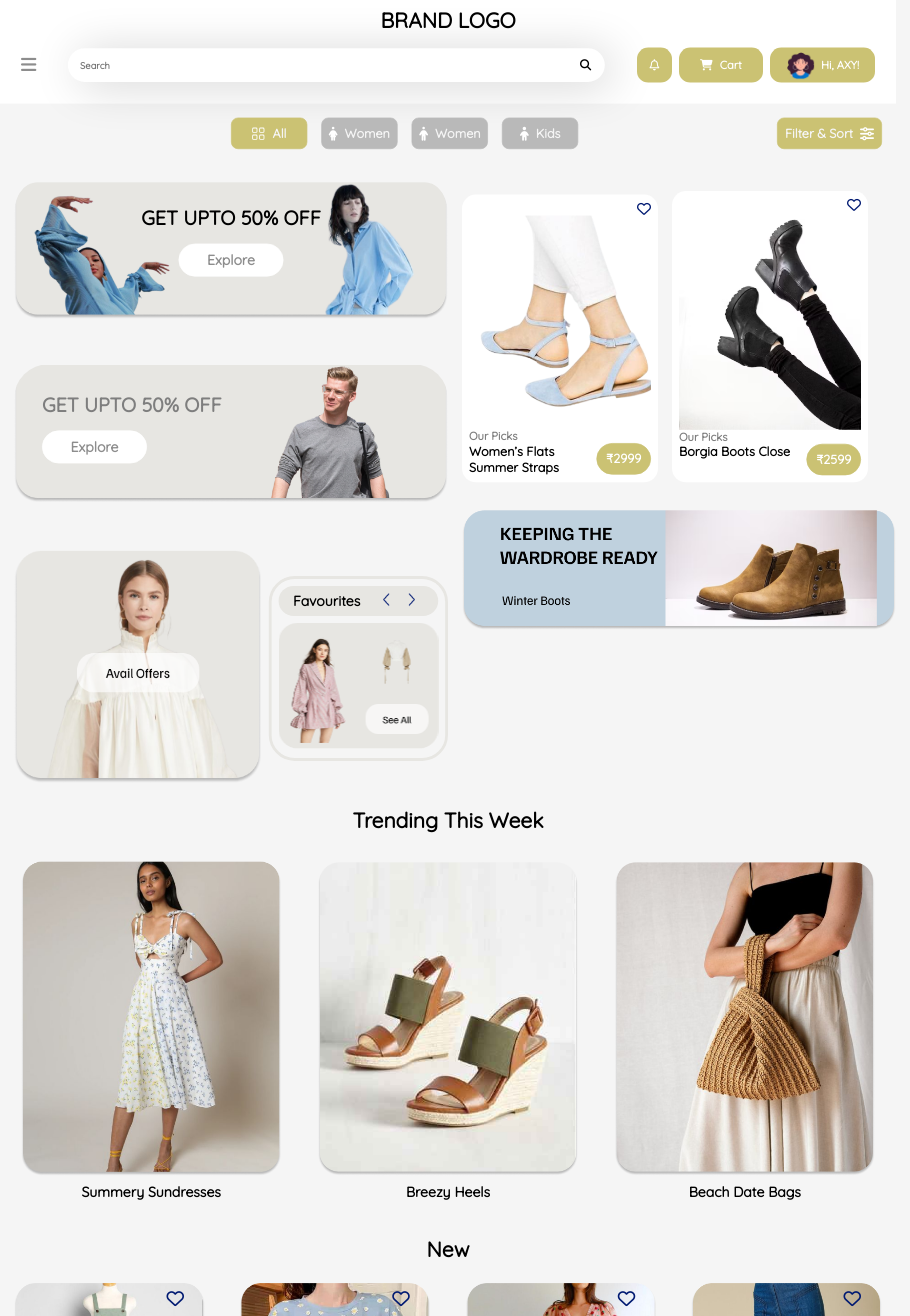
Repository: FlyweisReact/Jaspal
Page: /homepage
The author's editor kept a copy of each file at every save. The page is drawn from the files as they stood at one save, then again after the next save.
The browser window is 1280 px wide. The page is 1300 px wide, so the pictures cover 1300 px, including what lies to the right of the window. The pictures show the part of the page from y = 0 to 1880 px (the page is 2569 px tall), at 70% of full size.
Some web libraries are served in a nearby version. The project was rebuilt for these pictures with package versions that can differ from the ones it lists, and the page was loaded fresh each time. Also part of the build but not shown: src/Pages/Login/Login.js.

Above is the page before, as saved 2023-08-19 12:33:04.

### public/index.html
<!-- @format -->

<!DOCTYPE html>
<html lang="en">
  <head>
    <meta charset="utf-8" />
    <link rel="icon" href="%PUBLIC_URL%/favicon.ico" />
    <meta name="viewport" content="width=device-width, initial-scale=1" />
    <meta name="theme-color" content="#000000" />
    <meta
      name="description"
      content="Web site created using create-react-app"
    />
    <link rel="apple-touch-icon" href="%PUBLIC_URL%/logo192.png" />
    <link rel="manifest" href="%PUBLIC_URL%/manifest.json" />
    <link rel="preconnect" href="https://fonts.googleapis.com">
    <link rel="preconnect" href="https://fonts.gstatic.com" crossorigin>
    <link href="https://fonts.googleapis.com/css2?family=Quicksand&display=swap" rel="stylesheet">
    <title>React App</title>
  </head>
  <body>
    <noscript>You need to enable JavaScript to run this app.</noscript>
    <div id="root"></div>
    <script src="https://kit.fontawesome.com/b533b351e4.js" crossorigin="anonymous"></script>
  </body>
</html>

### src/index.js
import React from 'react';
import ReactDOM from 'react-dom/client';
import './index.css';
import App from './App';
import "slick-carousel/slick/slick.css";
import "slick-carousel/slick/slick-theme.css";

const root = ReactDOM.createRoot(document.getElementById('root'));
root.render(
  <React.StrictMode>
    <App />
  </React.StrictMode>
);

### src/index.css
/** @format */

body {
  margin: 0;
  font-family: Quicksand !important;
  -webkit-font-smoothing: antialiased;
  -moz-osx-font-smoothing: grayscale;
  background-color: #F5F5F5;
}

code {
  font-family: Quicksand !important;
}

html {
  font-family: Quicksand !important;
}

### src/App.js
/** @format */

import React from "react";
import { BrowserRouter, Route, Routes } from "react-router-dom";
import Login from "./Pages/Login/Login";
import Homepage from "./Pages/Homepage/Homepage";
import Footer from "./Navbar/Footer";
import Navbar from "./Navbar/Navbar";


// CSS
import "./CSS/Normal.css";
import "./CSS/Navbar.css";
import './CSS/Footer.css'
import Copyright from "./Component/copyright/Copyright";
const App = () => {
  return (
    <>
      <BrowserRouter>
        <Navbar />
        <Routes>
          <Route path="/" element={<Login />} />
          <Route path="/homepage" element={<Homepage />} />
        </Routes>
        <Footer />
        <Copyright />
      </BrowserRouter>
    </>
  );
};

export default App;

### src/Pages/Homepage/Homepage.js
/** @format */

import React from "react";
import Filter from "../../Component/Homecomp/Filter";
import FullWidthProduct from "../../Component/Homecomp/FullWidthProduct";
import OfferProduct from "../../Component/Homecomp/OfferProduct";
import TrendingProduct from "../../Component/Homecomp/TrendingProduct";

const Homepage = () => {
  return (
    <div className="Home-Page">
      <Filter />
      <OfferProduct />
      <p className="Heading-all">Trending This Week</p>
      <TrendingProduct />
      <p className="Heading-all">New</p>
      <FullWidthProduct />
    </div>
  );
};

export default Homepage;

### src/Navbar/Footer.js
/** @format */

import React from "react";

const Footer = () => {
  return (
    <div className="Footer-Div">
      <div className="container">
        <ul className="four-cont">
          <ul>
            <li className="head">Customer Service</li>
            <li>Contact Us</li>
            <li>FAQs</li>
            <li>Orders and Delivery</li>
            <li>Payments</li>
            <li>Terms and Conditions</li>
          </ul>
          <ul>
            <li className="head">Career</li>
            <li>Work with Us</li>
            <li>From our Workers</li>
          </ul>
          <ul>
            <li className="head">Our Stores</li>
            <li>Find the Nearest Store</li>
            <li>Visit Virtual Store</li>
            <li>Contact Stores</li>
          </ul>
          <ul>
            <li className="head">Customer Memberships</li>
            <li>Become a Member</li>
            <li>Refer your Friend</li>
            <li>Student Discounts</li>
          </ul>
        </ul>

        <div className="social-links">
          <img src="/Image/20.png" alt="" />
          <img src="/Image/21.png" alt="" />
          <img src="/Image/22.png" alt="" />
          <img src="/Image/23.png" alt="" />
        </div>
      </div>
    </div>
  );
};

export default Footer;

### src/Navbar/Navbar.js
/** @format */

import React from "react";

const Navbar = () => {
  return (
    <div className="Navbar">
      <div className="logo">BRAND LOGO</div>

      <div className="container">
        <i className="fa-solid fa-bars"></i>

        <div className="search-bar">
          <input type="search" placeholder="Search" />
          <i className="fa-solid fa-magnifying-glass"></i>
        </div>

       <div className="Right-Container">
       <div className="Item Item1">
          <i class="fa-regular fa-bell"></i>
        </div>

        <div className="Item Item2">
          <i className="fa-solid fa-cart-shopping"></i>
          <p>Cart</p>
        </div>

        <div className="Item Item3">
        <img src='/Image/3.png' alt='' />
          <p>Hi, AXY!</p>
        </div>

       </div>
      </div>
    </div>
  );
};

export default Navbar;

### src/CSS/Normal.css
/**
 * Login Page
 *
 * @format
 */

.Login-Page {
  min-height: 100vh;
  background-image: url("../../public/Image/1.png");
  width: 100%;
  background-position: center;
  background-repeat: no-repeat;
  background-size: cover;
  position: relative;
}
.Login-Page .Login-Div {
  max-width: 600px;
  width: 100%;
  display: block;
  margin: auto;
  position: absolute;
  top: 50%;
  left: 50%;
  transform: translate(-50%, -50%);
}
.Login-Page .Login-Div .logo {
  color: #000;
  font-size: 30px;
  font-style: normal;
  font-weight: 700;
  line-height: normal;
  margin: 0;
  text-align: center;
  margin-bottom: 10px;
}

.Login-Page .Login-Div .container {
  border-radius: 16px;
  background: #fff;
  padding: 16px;
}
.Login-Page .Login-Div .container .head {
  color: #000;
  font-size: 25px;
  font-style: normal;
  font-weight: 700;
  text-align: center;
  line-height: normal;
}
.Login-Page .Login-Div .container input {
  max-width: 400px;
  width: 100%;
  display: block;
  margin: auto;
  padding: 10px;
  border-radius: 8px;
  border: 1px solid #b9b9b9;
  outline: none;
  font-size: 16px;
  font-family: Quicksand;
  background: #fff;
  box-shadow: 8px 4px 20px 0px rgba(0, 0, 0, 0.3);
  margin-top: 20px;
}

.Login-Page .Login-Div .container .forget-password {
  max-width: 400px;
  width: 100%;
  text-align: right;
  display: block;
  margin: auto;
  margin-top: 10px;
  color: #f00;
  font-weight: 600;
  cursor: pointer;
}

.Login-Page .Login-Div .container .login-button {
  max-width: 400px;
  width: 100%;
  border-radius: 8px;
  border: 1px solid #b9b9b9;
  background: #cbc273;
  padding: 10px;
  display: block;
  margin: auto;
  margin-top: 40px;
  font-family: Quicksand;
  color: #f5f5f5;
  font-size: 20px;
  font-weight: bold;
  cursor: pointer;
  box-shadow: 8px 4px 20px 0px rgba(0, 0, 0, 0.3);
}
.Login-Page .Login-Div .container .signup-button {
  max-width: 400px;
  width: 100%;
  border-radius: 8px;
  padding: 10px;
  display: block;
  margin: auto;
  margin-top: 10px;
  font-family: Quicksand;
  color: #cbc273;
  font-size: 20px;
  font-weight: bold;
  cursor: pointer;
  border: none;
  background-color: transparent;
}

.Login-Page .Login-Div .container .three-img {
  display: flex;
  justify-content: center;
  align-items: center;
  gap: 20px;
  margin-bottom: 40px;
}

.Filter-Category {
  display: flex;
  justify-content: space-between;
  align-items: center;
  padding: 20px;
  max-width: 1400px;
  margin: auto;
}
.Filter-Category .center {
  width: 40%;
  display: flex;
  justify-content: flex-end;
  gap: 20px;
}
.Filter-Category .center button {
  display: flex;
  width: 120px;
  justify-content: center;
  align-items: center;
  gap: 10px;
  border: 1px solid #b9b9b9;
  border-radius: 10px;
  background: #b9b9b9;
  gap: 10px;
  padding: 10px;
  color: #fff;
  cursor: pointer;
}
.Filter-Category .center button.active {
  background-color: #cbc273;
  border: 1px solid #cbc273;
}
.Filter-Category .center button img {
  width: 20px;
  height: 20px;
}
.Filter-Category .center button svg {
  font-size: 20px;
}
.Filter-Category .center button i {
  font-size: 20px;
}
.Filter-Category .center button span {
  color: #f5f5f5;
  text-align: center;
  font-family: Quicksand;
  font-size: 18px;
  font-style: normal;
  font-weight: 600;
  line-height: normal;
}

.Filter-Category .right {
  width: 10%;
  display: flex;
  justify-content: flex-end;
  gap: 20px;
}
.Filter-Category .right button {
  display: flex;
  min-width: 150px;
  max-width: 180px;

  justify-content: center;
  align-items: center;
  gap: 10px;
  border-radius: 10px;
  gap: 10px;
  padding: 10px;
  color: #fff;
  cursor: pointer;
  background-color: #cbc273;
  border: 1px solid #cbc273;
}

.Filter-Category .right button i {
  font-size: 20px;
}
.Filter-Category .right button span {
  color: #f5f5f5;
  text-align: center;
  font-family: Quicksand;
  font-size: 18px;
  font-style: normal;
  font-weight: 600;
  line-height: normal;
}

.offer-products {
  display: flex;
  justify-content: space-between;
  padding: 20px;
  max-width: 1400px;
  margin: auto;
}
.offer-products .left-container {
  width: 50%;
}
.offer-products .left-container .img-container {
  width: 100%;
  height: 267px;
  background-image: url("../../public/Image/4.png");
  background-size: contain;
  background-repeat: no-repeat;
  border-radius: 50px;
}
.offer-products .left-container .img-container h5 {
  color: #000;
  text-align: center;
  font-family: Quicksand;
  font-size: 28px;
  font-style: normal;
  font-weight: bold;
  line-height: normal;
  margin: 0;
  padding-top: 40px;
  margin-bottom: 20px;
}
.offer-products .left-container .img-container button {
  width: 150px;
  padding: 10px;
  color: #8d8d8d;
  text-align: center;
  font-family: Quicksand;
  font-size: 20px;
  font-style: normal;
  font-weight: 600;
  line-height: normal;
  background-color: #fff;
  border: 1px solid #fff;
  border-radius: 50px;
  display: block;
  margin: auto;
}

.offer-products .left-container .img-container-2 {
  background-image: url("../../public/Image/5.png");
}

.offer-products .left-container .img-container-2 h5 {
  text-align: left;
  color: #7e7e7e;
  padding-left: 40px;
}
.offer-products .left-container .img-container-2 button {
  margin-left: 40px;
}

.offer-products .left-container .two-sec {
  display: flex;
  justify-content: space-between;
  align-items: center;
  gap: 10px;
}
.offer-products .left-container .two-sec .left {
  max-width: 365px;
}
.offer-products .left-container .two-sec .left img {
  max-width: 100%;
}
.offer-products .left-container .two-sec .right {
  border-radius: 37px;
  border: 4px solid #e7e6e2;
  background: rgba(217, 217, 217, 0);
  width: 40%;
}

.Favorite-slider {
  padding: 10px;
}
.Favorite-slider .Prev-Next_cont {
  width: 100%;
  margin-bottom: 10px;
  display: flex;
  background-color: #e7e6e2;
  border-radius: 50px;
  justify-content: space-evenly;
  align-items: center;
}
.Favorite-slider .Prev-Next_cont span {
  color: #000;
  text-align: center;
  font-size: 20px;
  font-style: normal;
  font-weight: 800;
  line-height: normal;
}
.Favorite-slider .Prev-Next_cont img {
  cursor: pointer;
}
.Fav-Slide {
  width: 100%;
}
.Fav-Slide .Main {
  width: 100%;
}
.Fav-Slide .Main img {
  width: 100%;
}
.Fav-Slide .slick-arrow {
  display: none !important;
}

.offer-products .right-container {
  width: 50%;
}

.offer-products .right-container .product-container {
  display: flex;
  justify-content: space-between;
  gap: 20px;
  align-items: flex-end;
  padding: 20px;
}
.offer-products .right-container .product-container .Main {
  background-color: #fff;
  width: 45%;
  padding: 10px;
  border-radius: 20px;
}
.offer-products .right-container .product-container .Main .fa-heart {
  display: flex;
  justify-content: flex-end;
  font-size: 20px;
  color: #001a72;
}
.offer-products .right-container .product-container .Main img {
  max-width: 100%;
  display: block;
  margin: auto;
}
.offer-products .right-container .product-container .Main .pick {
  color: #7e7e7e;
  font-size: 16px;
  font-style: normal;
  font-weight: 600;
  line-height: normal;
  margin: 0;
}
.offer-products .right-container .product-container .Main .desc {
  display: flex;
  justify-content: space-between;
  align-items: flex-start;
  gap: 10px;
}
.offer-products .right-container .product-container .Main .desc span {
  color: #000;
  font-size: 18px;
  font-style: normal;
  font-weight: 600;
  line-height: normal;
  max-width: 70%;
}
.offer-products .right-container .product-container .Main .desc button {
  max-width: 30%;
  width: 120px;
  border: 1px solid #cbc273;
  background-color: #cbc273;
  border-radius: 50px;
  color: #fff;
  text-align: center;
  font-size: 18px;
  padding: 10px;
  cursor: pointer;
  font-style: normal;
  font-weight: 600;
  font-family: Quicksand;
  line-height: normal;
}

.offer-products .right-container .img-container {
  width: 100%;
  padding: 20px;
}
.offer-products .right-container .img-container img {
  max-width: 100%;
  display: block;
  margin: auto;
}

.Heading-all {
  color: #000;
  text-align: center;
  font-size: 30px;
  font-style: normal;
  font-weight: 700;
  line-height: normal;
  margin: 0;
  padding: 10px;
}

.Trending-Product {
  padding: 20px;
  max-width: 1400px;
  margin: auto;
  display: flex;
  justify-content: space-between;
  align-items: center;
  flex-wrap: wrap;
}
.Trending-Product .Main {
  width: 30%;
  padding: 10px;
}
.Trending-Product .Main img {
  max-width: 100%;
  display: block;
  margin: auto;
}
.Trending-Product .Main p {
  color: #000;
  font-family: Inter;
  font-size: 20px;
  font-style: normal;
  font-weight: 700;
  padding: 10px;
  line-height: normal;
  text-align: center;
  font-family: Quicksand;
  margin: 0;
}

.full-width-product {
  padding: 20px;
  display: flex;
  max-width: 1400px;
  margin: auto;
  flex-wrap: wrap;
  align-items: center;
  gap: 20px;
  justify-content: space-between;
}
.full-width-product .Main {
  width: 22%;
}
.full-width-product .Main .img-container {
  width: 100%;
  position: relative;
}
.full-width-product .Main .img-container img {
  max-width: 100%;
  display: block;
  margin: auto;
}
.full-width-product .Main .img-container .fa-heart {
  position: absolute;
  top: 10px;
  right: 30px;
  font-size: 25px;
  color: #001a72;
  z-index: 2;
  cursor: pointer;
}

.full-width-product .Main .product-desc {
  padding: 10px;
}
.full-width-product .Main .product-desc p {
  margin: 0;
  text-align: center;
  max-width: 100%;
}
.full-width-product .Main .product-desc .light {
  color: #7e7e7e;
  font-size: 14px;
  font-style: normal;
  font-weight: 700;
  line-height: normal;
}
.full-width-product .Main .product-desc .title {
  color: #000;
  font-size: 18px;
  font-style: normal;
  font-weight: 700;
  line-height: normal;
}

### src/CSS/Navbar.css
/** @format */

.Navbar {
  padding: 10px;
  background-color: #fff;
}
.Navbar .logo {
  color: #000;
  font-size: 30px;
  font-style: normal;
  font-weight: 700;
  line-height: normal;
  text-align: center;
  max-width: 1400px;
  margin: auto;
}
.Navbar .container {
  display: flex;
  justify-content: space-between;
  padding: 20px;
  max-width: 1400px;
  margin: auto;
  align-items: center;
}
.Navbar .container .fa-bars {
  font-size: 25px;
  cursor: pointer;
  color: #8d8d8d;
  font-weight: bold;
}

.Navbar .container .search-bar {
  display: flex;
  width: 60%;
  border-radius: 24px;
  background: #fff;
  box-shadow: 12px 5px 65px 0px rgba(0, 0, 0, 0.18);
  justify-content: space-between;
  align-items: center;
  padding: 15px;
  padding-right: 20px;
}
.Navbar .container .search-bar input {
  width: 90%;
  border: none;
  outline: none;
  font-family: Quicksand;
  font-weight: 900;
}

.Navbar .container .Item {
  border-radius: 16px;
  background: #cbc273;
  display: flex;
  justify-content: center;
  align-items: center;
  min-width: 20px;
  gap: 10px;
  height: 50px;
  cursor: pointer;
}
.Navbar .container .Item i {
  color: #fff;
}
.Navbar .container .Item p {
  color: #fff;
  font-size: 16px;
  font-weight: 600;
}

.Navbar .container .Item2 {
  width: 120px;
  height: 50px;
}
.Navbar .container .Item1 {
  width: 50px;
}
.Navbar .container .Item3 {
  width: 150px;
  height: 50px;
}
.Navbar .container .Item img {
  width: 40px;
  height: 40px;
}
.Navbar .container .Right-Container {
  display: flex;
  gap: 10px;
}

### src/CSS/Footer.css
/** @format */

.Footer-Div {
  background: #ededed;
}
.Footer-Div .container {
  max-width: 1400px;
  margin: auto;
  padding: 20px;
}
.Footer-Div .container ul {
  padding-left: 0;
  list-style: none;
}
.Footer-Div .container ul li {
  padding-left: 0;
}
.Footer-Div .container ul li.head {
  color: #000;
  font-size: 24px;
  font-style: normal;
  font-weight: 600;
  line-height: normal;
}

.Footer-Div .container ul li {
  color: #7e7e7e;
  font-size: 16px;
  font-style: normal;
  font-weight: 700;
  line-height: normal;
  padding-top: 10px;
}
.Footer-Div .container .four-cont {
  display: flex;
  justify-content: space-between;
  gap: 20px;
  align-items: flex-start;
}
.Footer-Div .container .social-links {
  display: flex;
  justify-content: center;
  gap: 20px;
  align-items: center;
}
.Footer-Div .container .social-links img {
  width: 30px;
  cursor: pointer;
}

.copy-right {
  max-width: 1400px;
  margin: auto;
}
.copy-right p {
  color: #000;
  font-size: 16px;
  font-style: normal;
  font-weight: 800;
  line-height: normal;
}

### src/Component/copyright/Copyright.js
import React from 'react'

const Copyright = () => {
  return (
    <div className='copy-right'>
        <p>© Copyright 2023 Flyweis Tec. All rights reserved.</p>
    </div>
  )
}

export default Copyright

### src/Component/Homecomp/Filter.js
/** @format */

import React from "react";
import { BsGrid } from "react-icons/bs";

const Filter = () => {
  return (
    <div className="Filter-Category">
      <div className="left"></div>
      <div className="center">
        <button className="active">
          <BsGrid />
          <span>All</span>
        </button>
        <button>
          <i className="fa-solid fa-person-dress"></i>
          <span>Women</span>
        </button>
        <button>
          <i className="fa-solid fa-person"></i>
          <span>Women</span>
        </button>
        <button>
          <i className="fa-solid fa-child"></i>
          <span>Kids</span>
        </button>
      </div>
      <div className="right">
        <button>
          <span>Filter & Sort</span>
          <i className="fa-solid fa-sliders" />
        </button>
      </div>
    </div>
  );
};

export default Filter;

### src/Component/Homecomp/FullWidthProduct.js
/** @format */

import React from "react";

const FullWidthProduct = () => {
  const data = [
    {
      img: "/Image/16.png",
      light: "Exclusive",
      title: "Jade Overalls",
    },
    {
      img: "/Image/17.png",
      light: "Our Picks",
      title: "Daisy Summer Top",
    },
    {
      img: "/Image/18.png",
      light: "Limited Stock",
      title: "Strawberry Sundresse",
    },
    {
      img: "/Image/19.png",
      light: "Season Pick",
      title: "Bootcut Jeans",
    },
  ];

  return (
    <div className="full-width-product">
      {data.map((i, index) => (
        <div className="Main" key={index}>
          <div className="img-container">
            <i className="fa-sharp fa-regular fa-heart"></i>
            <img src={i.img} alt="" />
          </div>
          <div className="product-desc">
            <p className="light">{i.light}</p>
            <p className="title"> {i.title} </p>
          </div>
        </div>
      ))}
    </div>
  );
};

export default FullWidthProduct;

### src/Component/Homecomp/TrendingProduct.js
import React from 'react'

const TrendingProduct = () => {
  return (
    <div className='Trending-Product'>
        <div className='Main'>
            <img src='/Image/13.png' alt='' />
            <p>Summery Sundresses</p>
        </div>
        <div className='Main'>
            <img src='/Image/14.png' alt='' />
            <p>Breezy Heels</p>
        </div>
        <div className='Main'>
            <img src='/Image/15.png' alt='' />
            <p>Beach Date Bags</p>
        </div>
    </div>
  )
}

export default TrendingProduct

### src/Component/Homecomp/FavouritesSlide.js
/** @format */

import { useRef } from "react";
import Slider from "react-slick";

const FavouritesSlide = () => {
  const sliderRef = useRef(null);
  const settings = {
    dots: false,
    infinite: false,
    speed: 500,
    slidesToShow: 1,
    slidesToScroll: 1,
    autoplay: false,
  };

  const nextSlide = () => {
    sliderRef.current.slickNext();
  };

  const prevSlide = () => {
    sliderRef.current.slickPrev();
  };
  return (
    <div className="Favorite-slider">
      <div className="Prev-Next_cont">
        <span>Favourites</span>
        <div>
          <img src="/Image/8.png" alt="" onClick={prevSlide} />
          <img src="/Image/9.png" alt="" onClick={nextSlide} />
        </div>
      </div>
      <Slider {...settings} className="Fav-Slide" ref={sliderRef}>
        <div className="Main">
          <img src="/Image/7.png" alt="" />
        </div>
        <div className="Main">
          <img src="/Image/7.png" alt="" />
        </div>
        <div className="Main">
          <img src="/Image/7.png" alt="" />
        </div>
      </Slider>
    </div>
  );
};

export default FavouritesSlide;

Loaded but not shown: src/Component/Homecomp/OfferProduct.js (65 lines, source omitted)

After the next save:
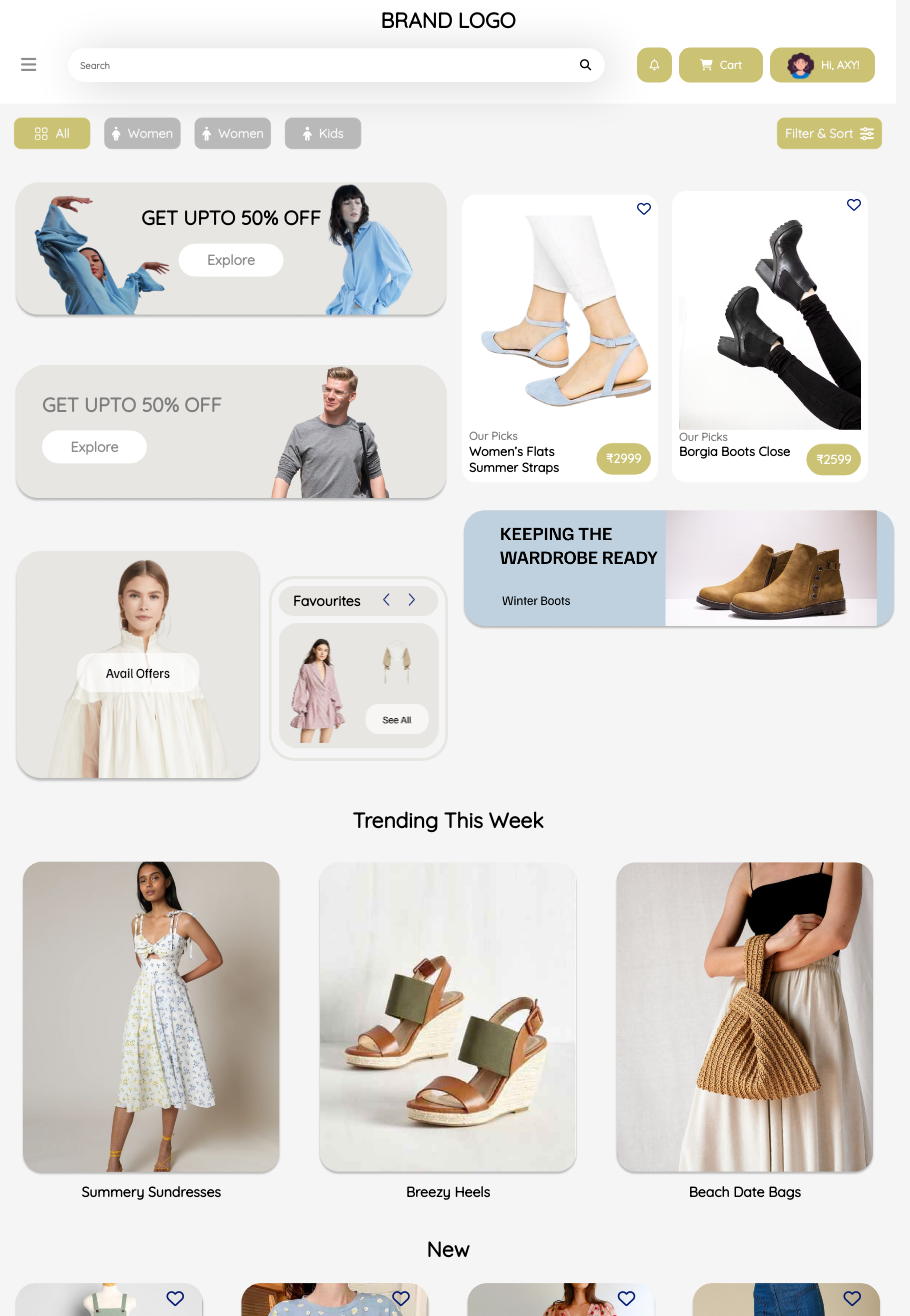
Saved 4 min 59 s later.
--- a/src/Component/Homecomp/Filter.js
+++ b/src/Component/Homecomp/Filter.js
@@ -6,7 +6,6 @@ import { BsGrid } from "react-icons/bs";
 const Filter = () => {
   return (
     <div className="Filter-Category">
-      <div className="left"></div>
       <div className="center">
         <button className="active">
           <BsGrid />
